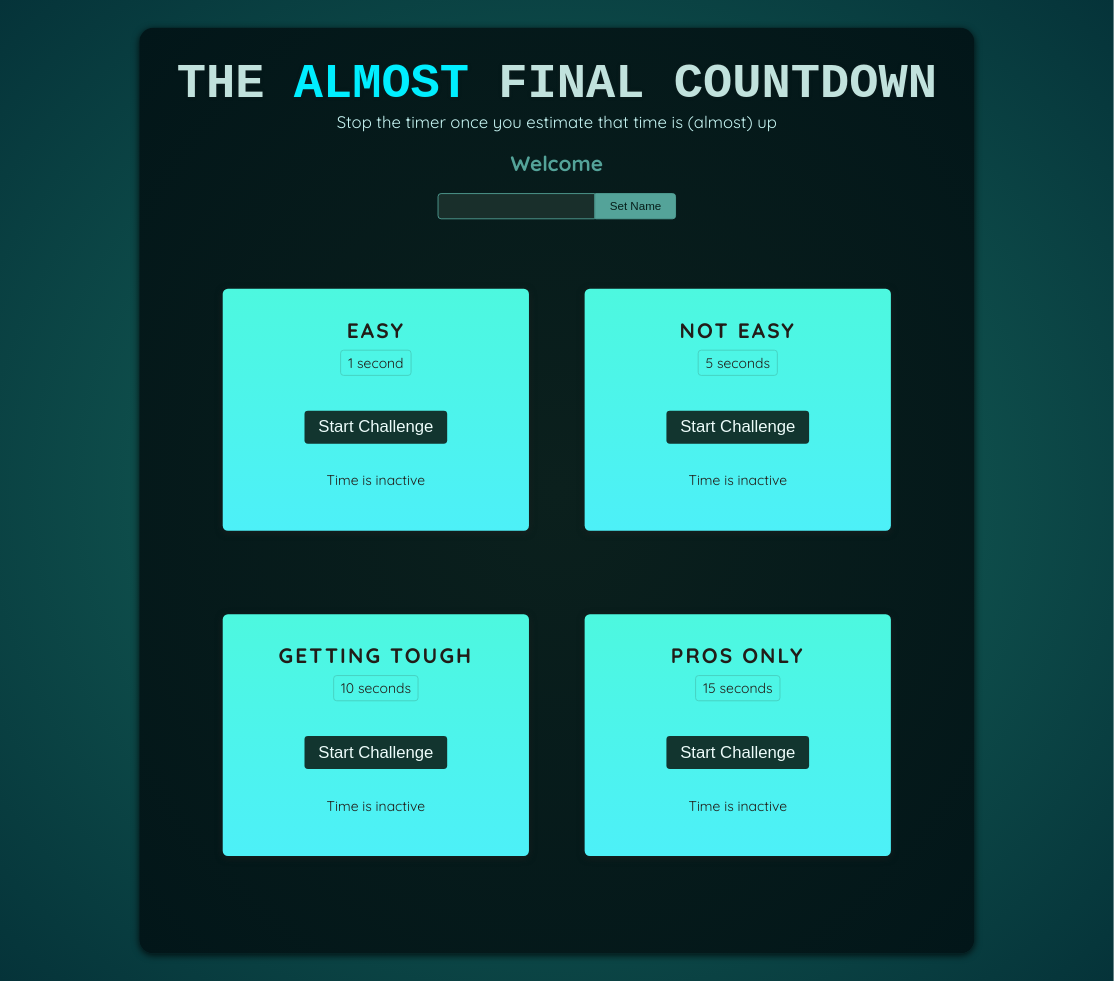
Repository: theshariqueanwer/reactjsts
Page: / (app in react-refs-and-portals/)
An editor plug-in stored every save of this project. The page is shown before and after the next save, followed by the edit.
The browser window is 1280 px wide. The pictures show the whole page, at 87% of full size.
Some web fonts or font styles are not loaded; a fallback is used. The project was rebuilt for these pictures with package versions that can differ from the ones it lists, and the page was loaded fresh each time. Also part of the build but not shown: react-refs-and-portals/vite.config.js, react-refs-and-portals/src/components/Player.jsx, react-refs-and-portals/src/components/PlayerWithRefWithoutState.jsx.

Above is the page before, as saved 2024-02-01 02:33:14.

### react-refs-and-portals/src/App.jsx
import Player from './components/Player.jsx';
import PlayerWithRef from './components/PlayerWithRef.jsx';
import PlayerWithRefWithoutState from './components/PlayerWithRefWithoutState.jsx';
import TimerChallenge from './components/TimerChallenge.jsx';

function App() {
  return (
    <>
      {/* <Player /> */}
      <PlayerWithRef />
      {/* <PlayerWithRefWithoutState /> */}
      <div id="challenges">
        <TimerChallenge title="Easy" targetTime={1} />
        <TimerChallenge title="Not Easy" targetTime={5} />
        <TimerChallenge title="Getting Tough" targetTime={10} />
        <TimerChallenge title="Pros Only" targetTime={15} />
      </div>
    </>
  );
}

export default App;

### react-refs-and-portals/src/components/PlayerWithRef.jsx
import { useRef, useState } from "react";

export default function PlayerWithRef() {

  const playerName = useRef();

  const [enteredPlayerName, setEnteredPlayerName] = useState('');

  function handleClick() {
    setEnteredPlayerName(playerName.current.value);
    playerName.current.value= '';
  }

  return (
    <section id="player">
      <h2>Welcome {enteredPlayerName ?? "unknown entity"}</h2>
      <p>
        <input
          type="text"
          ref={playerName}
        />
        <button onClick={handleClick}>Set Name</button>
      </p>
    </section>
  );
}

### react-refs-and-portals/src/components/TimerChallenge.jsx
import { useRef, useState } from "react";
import ResultModal from "./ResultModal";

export default function TimerChallenge({ title, targetTime }) {

  const timer = useRef();
  const dialog = useRef();

  const [timeRemaining, setTimeRemaining] = useState(targetTime * 1000)

  const timerIsActive = timeRemaining > 0 && timeRemaining < targetTime * 1000;

  if(timeRemaining <= 0) {
    clearInterval(timer.current);
    dialog.current.open();
  }

  function handleReset() {
    setTimeRemaining(targetTime * 1000);
  }

  function handleStart() {
    timer.current = setInterval(() => {
    setTimeRemaining(prevTimeRemaining => prevTimeRemaining - 10);
    }, 10);
  }

  function handleStop() {
    clearInterval(timer.current);
    dialog.current.open();
  }

  return (
    <>
      <ResultModal targetTime={targetTime} remainingTime={timeRemaining} onReset={handleReset} ref={dialog} />
      <section className="challenge">
        <h2>{title}</h2>
        {/* {timeRemaining >= 0 ? <p>You Won!</p> : <p>You Lost!</p>} */}
        <p className="challenge-time">
          {targetTime} second{targetTime > 1 ? "s" : ""}
        </p>
        <p>
          <button onClick={timerIsActive ? handleStop : handleStart}>
            {timerIsActive ? "Stop" : "Start"} Challenge
          </button>
        </p>
        <p className={timerIsActive ? "active" : undefined}>
          {timerIsActive ? "Time is Running..." : "Time is inactive"}
        </p>
      </section>
    </>
  );
}

### react-refs-and-portals/src/components/ResultModal.jsx
import { forwardRef, useImperativeHandle, useRef } from "react"

const ResultModal = forwardRef( function ResultModal( { targetTime, remainingTime, onReset }, ref ) {
// const ResultModal = forwardRef( function ResultModal( props, ref ) {

    const dialog = useRef();

    const userLost = remainingTime <= 0;

    const formattedRemainingTime = (remainingTime / 1000).toFixed( 2 );

    useImperativeHandle(ref, () => {
        return {
            open() {
                dialog.current.showModal();
            }
        };
    })

    return (
      <dialog ref={dialog} className="result-modal">
        {userLost ? <h2>You Lost!</h2> : <h2>You Won!</h2>}
        <p>
          The Target time was <strong>{targetTime} seconds.</strong>
        </p>
        <p>
          You stopped the timer <strong>{formattedRemainingTime} seconds left.</strong>
        </p>
        <form method="dialog" onSubmit={onReset}>
          <button>Close</button>
        </form>
      </dialog>
    );
})

export default ResultModal

Loaded but not shown: react-refs-and-portals/index.html (common file); react-refs-and-portals/src/main.jsx (common file); react-refs-and-portals/src/index.css (common file)

After the next save:
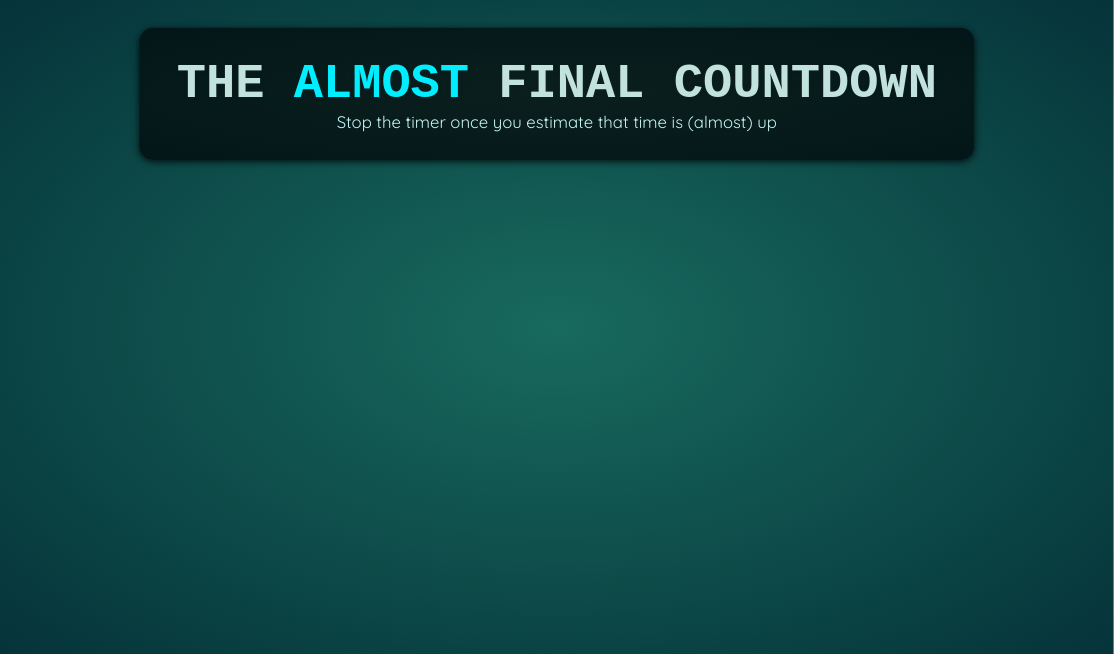
Console error: ReferenceError: remainingTime is not defined
Saved 102 s later.
--- a/react-refs-and-portals/src/components/TimerChallenge.jsx
+++ b/react-refs-and-portals/src/components/TimerChallenge.jsx
@@ -9,6 +9,8 @@
   const [timeRemaining, setTimeRemaining] = useState(targetTime * 1000)
 
   const timerIsActive = timeRemaining > 0 && timeRemaining < targetTime * 1000;
+
+  const resultScore = remainingTime <= 0;
 
   if(timeRemaining <= 0) {
     clearInterval(timer.current);
@@ -35,7 +37,7 @@
       <ResultModal targetTime={targetTime} remainingTime={timeRemaining} onReset={handleReset} ref={dialog} />
       <section className="challenge">
         <h2>{title}</h2>
-        {/* {timeRemaining >= 0 ? <p>You Won!</p> : <p>You Lost!</p>} */}
+        { resultScore ? <p>You Lost!</p> : <p>You Won!</p>}
         <p className="challenge-time">
           {targetTime} second{targetTime > 1 ? "s" : ""}
         </p>

After the 3 saves that followed:
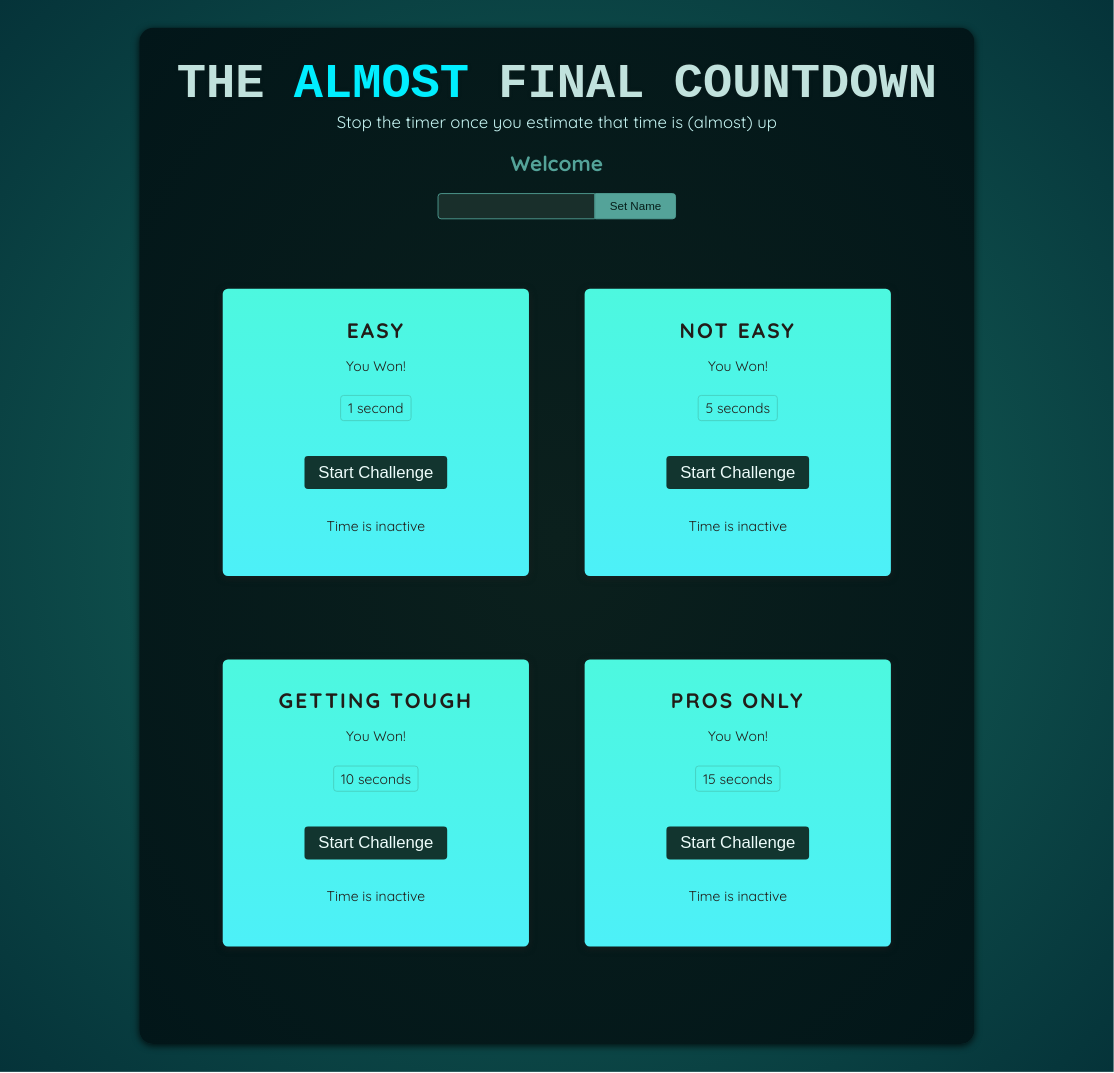
The error is gone.
The 3 saves are shown as one change because 2 left the picture as it was.
The last was saved 86 s later.
--- a/react-refs-and-portals/src/components/TimerChallenge.jsx
+++ b/react-refs-and-portals/src/components/TimerChallenge.jsx
@@ -10,7 +10,7 @@
 
   const timerIsActive = timeRemaining > 0 && timeRemaining < targetTime * 1000;
 
-  const resultScore = remainingTime <= 0;
+  const resultScore = timeRemaining <= 0;
 
   if(timeRemaining <= 0) {
     clearInterval(timer.current);
--- a/react-refs-and-portals/src/components/ResultModal.jsx
+++ b/react-refs-and-portals/src/components/ResultModal.jsx
@@ -5,7 +5,7 @@
 
     const dialog = useRef();
 
-    const userLost = remainingTime <= 0;
+    const resultScore = remainingTime <= 0;
 
     const formattedRemainingTime = (remainingTime / 1000).toFixed( 2 );
 
@@ -19,7 +19,7 @@
 
     return (
       <dialog ref={dialog} className="result-modal">
-        {userLost ? <h2>You Lost!</h2> : <h2>You Won!</h2>}
+        {resultScore ? <h2>You Lost!</h2> : <h2>You Won!</h2>}
         <p>
           The Target time was <strong>{targetTime} seconds.</strong>
         </p>
